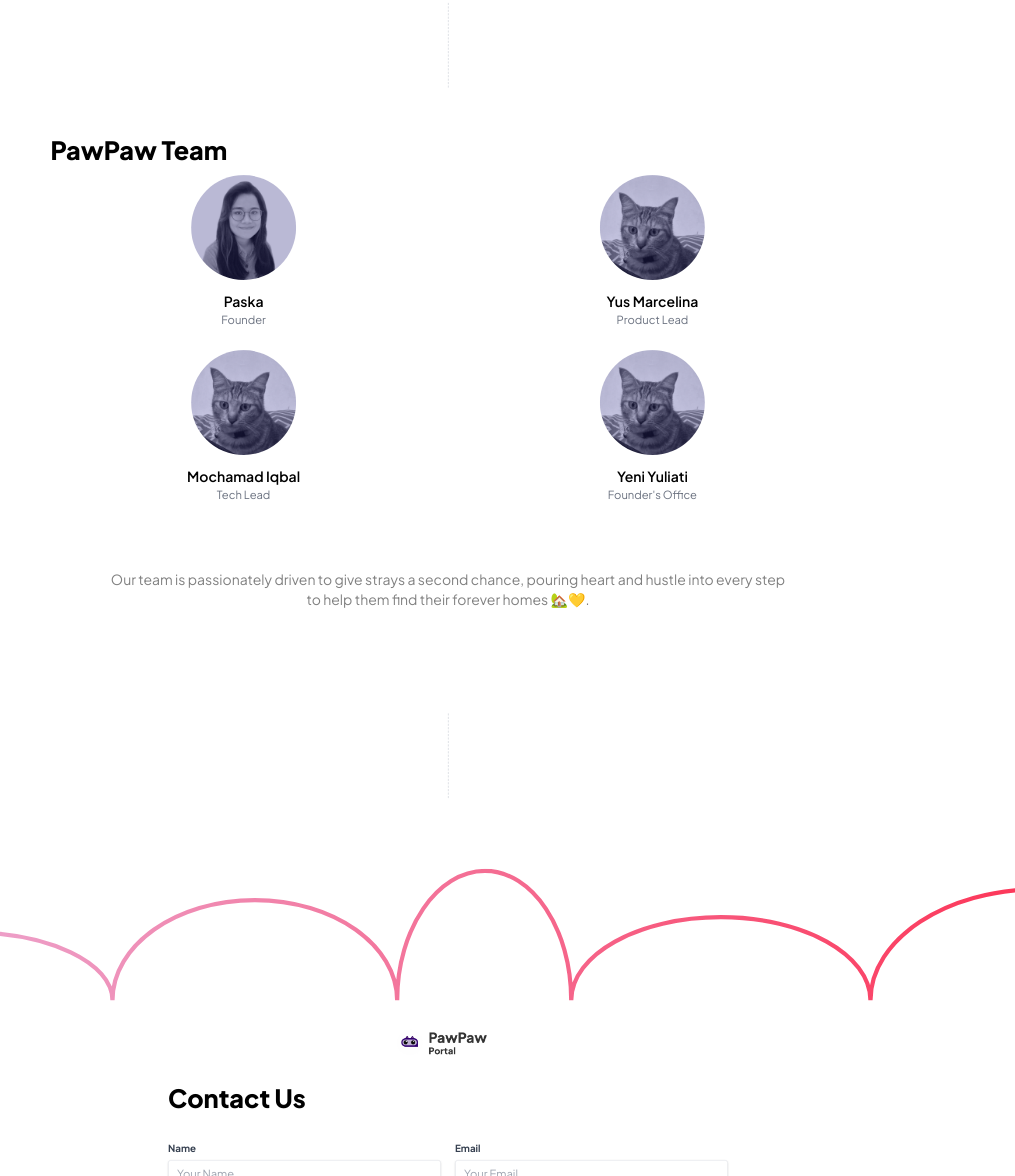
Repository: paskasiregar/pawpawwebsite
Page: /
The author's editor kept a copy of each file at every save. The page is drawn from the files as they stood at one save, then again after a run of saves.
The browser window is 1280 px wide. The page is 1450 px wide, so the pictures cover 1450 px, including what lies to the right of the window. The pictures show the part of the page from y = 1573 to 3253 px (the page is 4208 px tall before and 4442 px after), at 70% of full size.
The project was rebuilt for these pictures with package versions that can differ from the ones it lists, and the page was loaded fresh each time. The framework's server and built-in components were replaced by stand-ins that run in the browser. Also part of the build but not shown: next.config.js, next.config.mjs.

Above is the page before, as saved 2024-09-06 11:25:48.

After the next 2 saves:
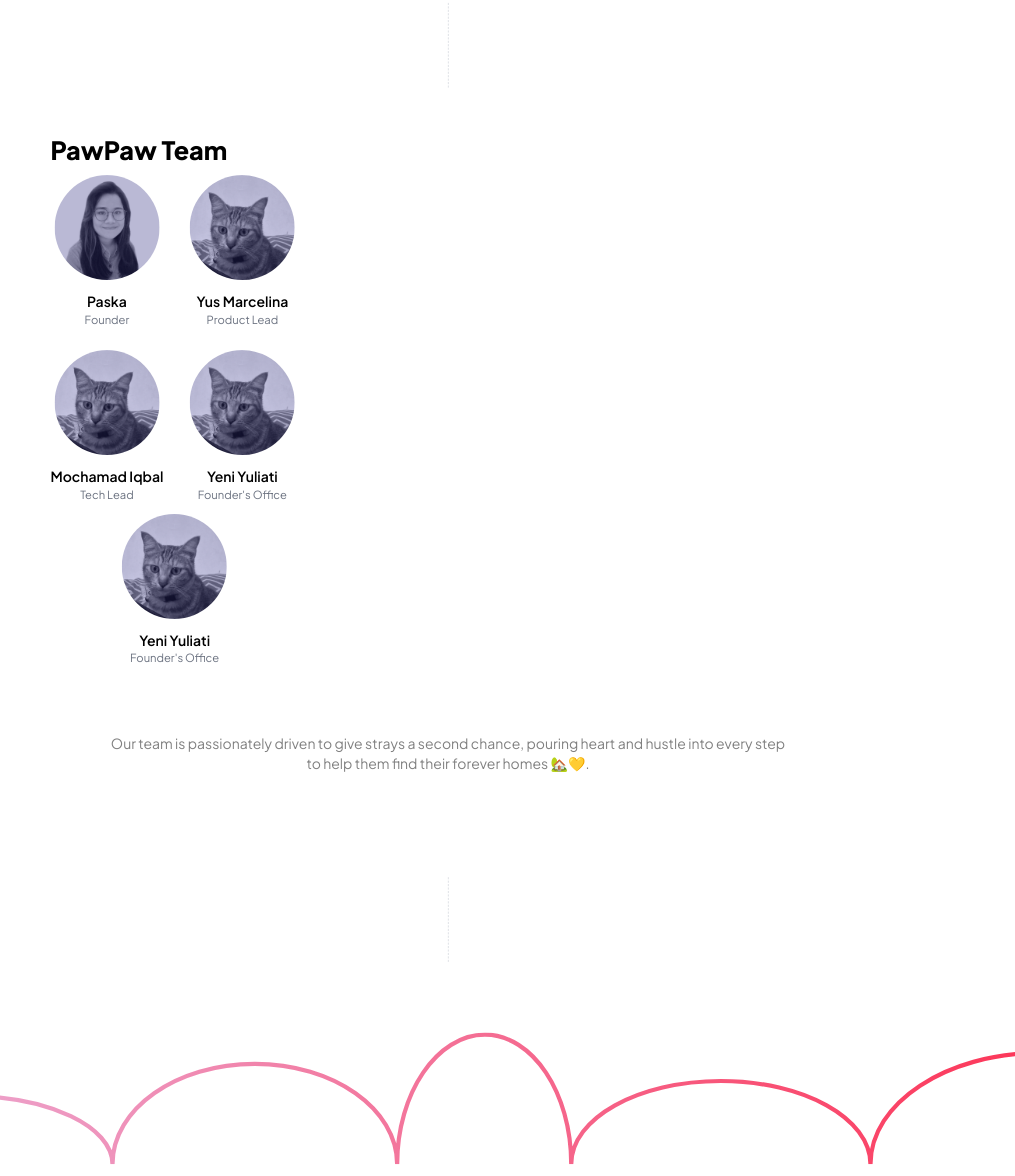
The 2 saves are shown as one change because 1 did not build or start.
The last was saved 28 s later.
--- a/src/app/page.js
+++ b/src/app/page.js
@@ -203,16 +203,29 @@ export default async function Home() {
                   </div>
                 </div>
 
-                <div className="self-stretch flex flex-col md:flex-row items-center md:items-start justify-start text-lg md:text-xl text-gray-500">
-                  <div className="flex-1 flex flex-col items-center md:items-start justify-start">
-                    <div className="self-stretch">
-                      <p className="m-2"></p>
-                      <p className="m-20 text-center md:text-center">
-                        Our team is passionately driven to give strays a second
-                        chance, pouring heart and hustle into every step to help
-                        them find their forever homes 🏡💛.
-                      </p>
-                    </div>
+                {/* Aziza */}
+                <div className="flex flex-col items-center">
+                  <Image
+                    className="rounded-full"
+                    alt="PiuPiu"
+                    src={piupiu}
+                    width={150}
+                    height={150}
+                  />
+                  <div className="text-xl font-semibold mt-4">Yeni Yuliati</div>
+                  <div className="text-gray-500">Founder's Office</div>
+                </div>
+              </div>
+
+              <div className="self-stretch flex flex-col md:flex-row items-center md:items-start justify-start text-lg md:text-xl text-gray-500">
+                <div className="flex-1 flex flex-col items-center md:items-start justify-start">
+                  <div className="self-stretch">
+                    <p className="m-2"></p>
+                    <p className="m-20 text-center md:text-center">
+                      Our team is passionately driven to give strays a second
+                      chance, pouring heart and hustle into every step to help
+                      them find their forever homes 🏡💛.
+                    </p>
                   </div>
                 </div>
               </div>
